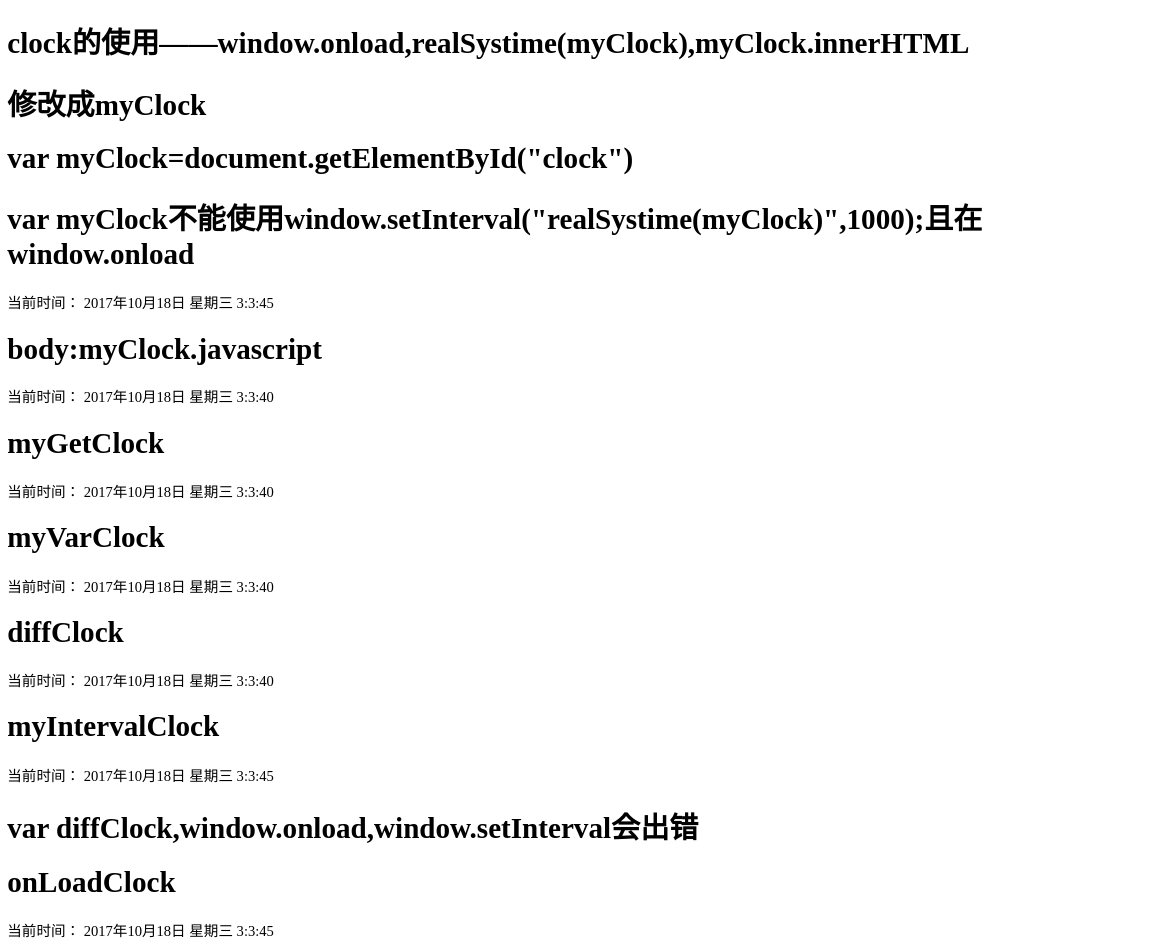
Repository: bookFireFly/bookFireFly
Page: JavaScriptMingriBook/Main/10实时显示系统时间.html
An editor plug-in stored every save of this project. The page is shown before and after the next save, followed by the edit.
The browser window is 1280 px wide. The pictures show the whole page, at 91% of full size.

Above is the page before, as saved 2017-10-20 10:05:38.

After the next save:
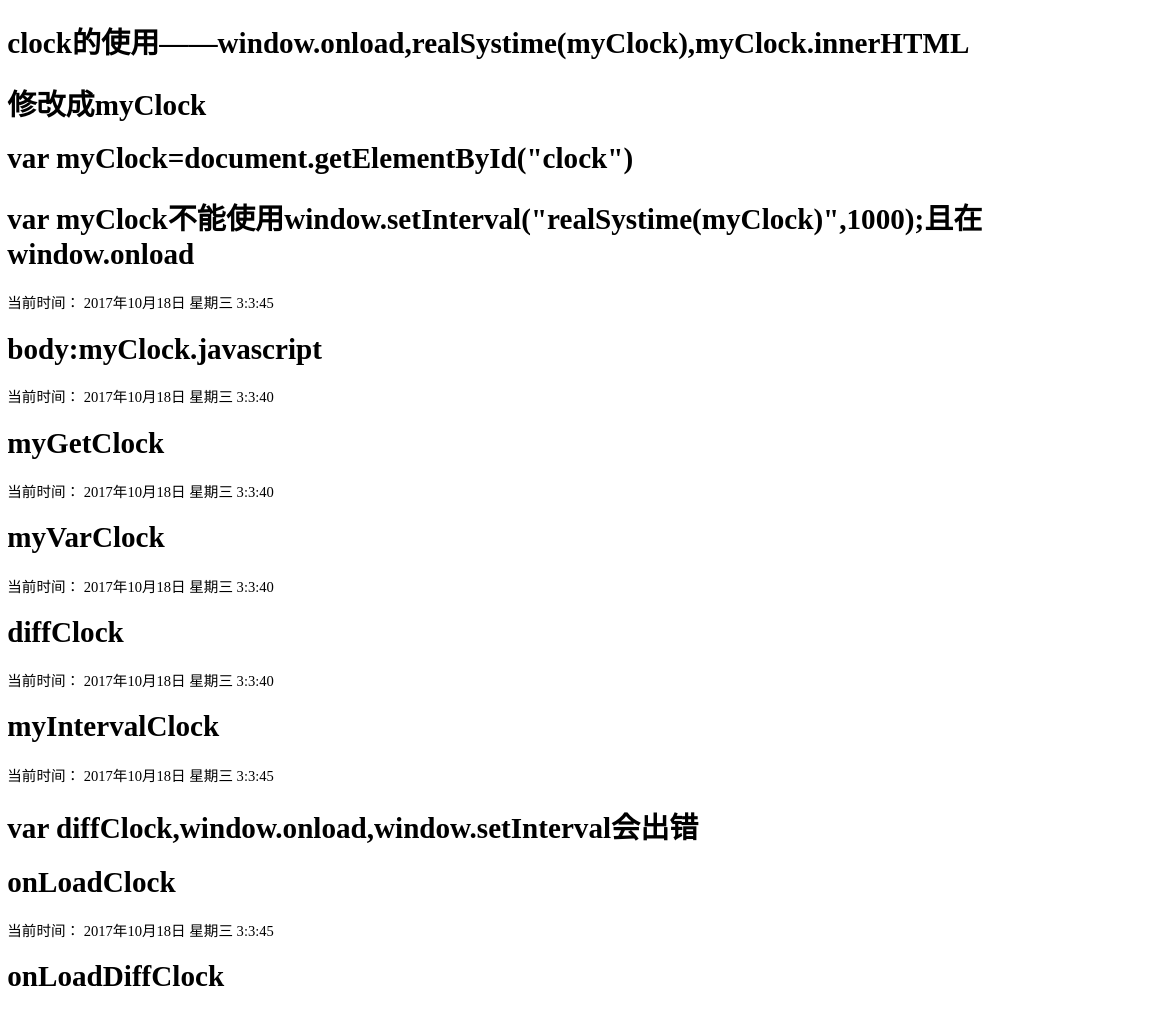
Saved 24 s later.
--- a/JavaScriptMingriBook/Main/10实时显示系统时间.html
+++ b/JavaScriptMingriBook/Main/10实时显示系统时间.html
@@ -64,4 +64,6 @@ window.onload=function(){
 <h1>var diffClock,window.onload,window.setInterval会出错</h1>
 <h1>onLoadClock</h1>
 <div id="onLoadClock"></div>
+<h1>onLoadDiffClock</h1>
+<div id="onLoadDiffClock"></div>
 </html>
